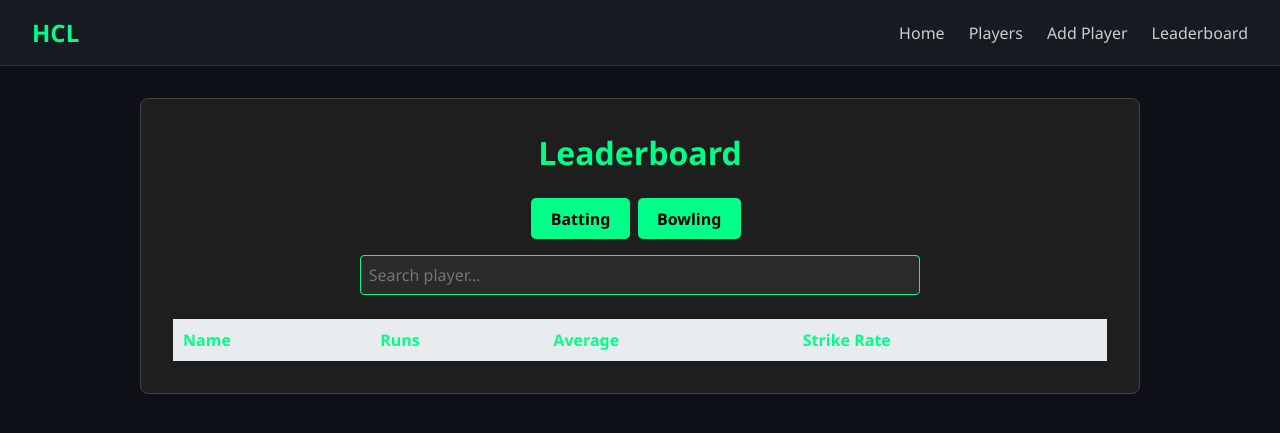
Repository: DanTastic-Dev/HCL
Page: /leaderboard (app in cricket-app/)
An editor plug-in stored every save of this project. The page is shown before and after the next save, followed by the edit.
The browser window is 1280 px wide. The pictures show the whole page.
The page's requests for data from a server got no answer. The project was rebuilt for these pictures with package versions that can differ from the ones it lists, and the page was loaded fresh each time. No one was signed in, and anything a server would have sent is missing. Also part of the build but not shown: cricket-app/src/components/TopPerformers.jsx, cricket-app/src/components/MiniLeaderboards.jsx, cricket-app/src/components/IntroAnimation.css, cricket-app/src/pages/HomePage.jsx, cricket-app/src/components/PlayerForm.jsx, cricket-app/src/components/PlayerTable.jsx, cricket-app/src/pages/AddPlayerPage.jsx, cricket-app/src/components/PlayerCard.jsx and 2 more.

Above is the page before, as saved 2025-06-18 16:23:49.

### cricket-app/public/index.html
<!DOCTYPE html>
<html lang="en">
  <head>
    <meta charset="UTF-8" />
    <meta name="viewport" content="width=device-width, initial-scale=1.0"/>
    <title>Cricket Stats App</title>
  </head>
  <body>
    <div id="root"></div>
  </body>
</html>

### cricket-app/src/index.js
import React from 'react';
import ReactDOM from 'react-dom/client';
import AppWithAnimation from './AppWithAnimation';
import './index.css';

const root = ReactDOM.createRoot(document.getElementById('root'));
root.render(
    <React.StrictMode>
        <AppWithAnimation />
    </React.StrictMode>
);

### cricket-app/src/AppWithAnimation.jsx
import React, { useState } from 'react';
import App from './App';
import IntroAnimation from './components/IntroAnimation';

const AppWithAnimation = () => {
    const [showIntro, setShowIntro] = useState(true);

    return showIntro ? <IntroAnimation onComplete={() => setShowIntro(false)} /> : <App />;
};

export default AppWithAnimation;

### cricket-app/src/index.css
/* index.css */

* {
  margin: 0;
  padding: 0;
  box-sizing: border-box;
  font-family: 'Segoe UI', Tahoma, Geneva, Verdana, sans-serif;
}

body {
  background-color: #f4f6f8;
  color: #333;
}

button {
  cursor: pointer;
  background-color: #007bff;
  border: none;
  color: white;
  padding: 8px 14px;
  border-radius: 4px;
  transition: background-color 0.2s ease;
}

button:hover {
  background-color: #0056b3;
}

input {
  padding: 8px;
  margin: 4px 0;
  border-radius: 4px;
  border: 1px solid #ccc;
  width: 100%;
}

table {
  width: 100%;
  border-collapse: collapse;
}

th, td {
  padding: 12px;
  border: 1px solid #ccc;
  text-align: left;
}

th {
  background-color: #e9ecef;
}

.container {
  max-width: 1200px;
  margin: 0 auto;
  padding: 20px;
}

/* index.css */
body, html {
  margin: 0;
  padding: 0;
  background-color: #0D1117; /* Deep black */
  color: #FFFFFF;
  font-family: 'Segoe UI', sans-serif;
  min-height: 100vh;
}
*:focus {
  outline: none !important;
  box-shadow: none !important;
}

th, td, table {
  border: none !important;
  outline: none !important;
}

### cricket-app/src/App.js
import React from "react";
import { BrowserRouter as Router, Routes, Route } from "react-router-dom";
import HomePage from "./pages/HomePage";
import AddPlayerPage from "./pages/AddPlayerPage";
import ViewPlayersPage from "./pages/ViewPlayersPage";
import LeaderboardPage from "./pages/LeaderboardPage";
import EditPlayerPage from "./pages/EditPlayerPage"; // ✅ Add this line
import Navbar from "./components/Navbar";

const App = () => {
    return (
        <Router>
            <div style={{
                backgroundColor: "#0D1117",
                color: "#FFFFFF",
                minHeight: "100vh"
            }}>
                <Navbar />
                <Routes>
                    <Route path="/" element={<HomePage />} />
                    <Route path="/add" element={<AddPlayerPage />} />
                    <Route path="/players" element={<ViewPlayersPage />} />
                    <Route path="/leaderboard" element={<LeaderboardPage />} />
                    <Route path="/edit/:id" element={<EditPlayerPage />} /> {/* ✅ Add this */}
                </Routes>
            </div>
        </Router>
    );
};

export default App;

### cricket-app/src/components/IntroAnimation.jsx
import React, { useEffect, useState, useMemo } from "react";
import "./IntroAnimation.css";

const IntroAnimation = ({ topBatter, topBowler, onComplete }) => {
  const [displayText, setDisplayText] = useState("");
  const [stepIndex, setStepIndex] = useState(0);
  const [charIndex, setCharIndex] = useState(0);
  const [isTyping, setIsTyping] = useState(true);

  // 🛡️ If required data is missing, skip the intro
  useEffect(() => {
    if (!topBatter || !topBowler) {
      console.warn("Missing topBatter or topBowler, skipping intro animation");
      onComplete?.();
    }
  }, [topBatter, topBowler, onComplete]);

  const batterAvg =
    topBatter?.innings - topBatter?.notOuts > 0
      ? (topBatter.runs / (topBatter.innings - topBatter.notOuts)).toFixed(2)
      : "-";

  const batterSR =
    topBatter?.ballsFaced > 0
      ? ((topBatter.runs / topBatter.ballsFaced) * 100).toFixed(2)
      : "-";

  const bowlerEco =
    topBowler?.overs > 0
      ? (topBowler.runsGiven / topBowler.overs).toFixed(2)
      : "-";

  const steps = useMemo(() => {
    if (!topBatter || !topBowler) return [];

    return [
      `🏏 ${topBatter.runs} runs... ${batterAvg} avg... ${batterSR} SR...`,
      `🔥 Top Run Getter`,
      `${topBatter.name}`,
      `🎯 ${topBowler.wickets} wickets... ${bowlerEco} economy...`,
      `🔥 Top Wicket Taker`,
      `${topBowler.name}`,
    ];
  }, [topBatter, topBowler, batterAvg, batterSR, bowlerEco]);

  const isNameStep = stepIndex === 2 || stepIndex === 5;
  const isTitleStep = stepIndex === 1 || stepIndex === 4;

  useEffect(() => {
    if (!steps.length || !isTyping) return;

    const currentText = steps[stepIndex];
    if (charIndex < currentText.length) {
      const timeout = setTimeout(() => {
        setDisplayText((prev) => prev + currentText[charIndex]);
        setCharIndex((prev) => prev + 1);
      }, 30);
      return () => clearTimeout(timeout);
    } else {
      setIsTyping(false);
      setTimeout(() => {
        setCharIndex(0);
        setDisplayText("");
        if (stepIndex < steps.length - 1) {
          setStepIndex((prev) => prev + 1);
          setIsTyping(true);
        } else {
          setTimeout(() => onComplete?.(), 800);
        }
      }, 1200);
    }
  }, [charIndex, isTyping, stepIndex, steps, onComplete]);

  return (
    <div
      style={{
        height: "100vh",
        backgroundColor: "#0D1117",
        color: "#00FF88",
        display: "flex",
        alignItems: "center",
        justifyContent: "center",
        fontSize: isNameStep ? "3rem" : "2.3rem",
        fontWeight: "bold",
        fontFamily: "monospace",
        letterSpacing: "1.5px",
        textAlign: "center",
        padding: "0 2rem",
        transition: "font-size 0.3s ease-in-out",
      }}
    >
      <span className={isNameStep ? "reveal-name" : isTitleStep ? "reveal-title" : ""}>
        {steps.length > 0 ? displayText : ""}
      </span>
    </div>
  );
};

export default IntroAnimation;

### cricket-app/src/pages/LeaderboardPage.jsx
import React, { useEffect, useState } from "react";

const LeaderboardPage = () => {
    const [players, setPlayers] = useState([]);
    const [searchQuery, setSearchQuery] = useState("");
    const [showBatting, setShowBatting] = useState(true);

    useEffect(() => {
        const fetchPlayers = async () => {
            try {
                const res = await fetch("http://localhost:5000/players");
                const data = await res.json();
                setPlayers(data);
            } catch (err) {
                console.error("Error fetching players:", err);
            }
        };
        fetchPlayers();
    }, []);

    const filteredPlayers = players
        .filter(p => p.name.toLowerCase().includes(searchQuery.toLowerCase()))
        .sort((a, b) => {
            if (showBatting) return b.runs - a.runs;
            else return b.wickets - a.wickets;
        });

    return (
        <div style={styles.wrapper}>
            <h2 style={styles.heading}>Leaderboard</h2>

            <div style={styles.toggleWrapper}>
                <button
                    onClick={() => setShowBatting(true)}
                    style={styles.toggleButton}
                >
                    Batting
                </button>
                <button
                    onClick={() => setShowBatting(false)}
                    style={styles.toggleButton}
                >
                    Bowling
                </button>
            </div>

            <input
                type="text"
                placeholder="Search player..."
                value={searchQuery}
                onChange={(e) => setSearchQuery(e.target.value)}
                style={styles.searchInput}
            />

            <table style={styles.table}>
                <thead>
                    <tr>
                        <th style={styles.th}>Name</th>
                        {showBatting ? (
                            <>
                                <th style={styles.th}>Runs</th>
                                <th style={styles.th}>Average</th>
                                <th style={styles.th}>Strike Rate</th>
                            </>
                        ) : (
                            <>
                                <th style={styles.th}>Wickets</th>
                                <th style={styles.th}>Economy</th>
                                <th style={styles.th}>Bowling Average</th>
                            </>
                        )}
                    </tr>
                </thead>
                <tbody>
                    {filteredPlayers.map((p) => (
                        <tr key={p._id}>
                            <td style={styles.td}>{p.name}</td>
                            {showBatting ? (
                                <>
                                    <td style={styles.td}>{p.runs}</td>
                                    <td style={styles.td}>
                                        {p.innings > p.notOuts
                                            ? (p.runs / (p.innings - p.notOuts)).toFixed(2)
                                            : "-"}
                                    </td>
                                    <td style={styles.td}>
                                        {p.ballsFaced > 0
                                            ? ((p.runs / p.ballsFaced) * 100).toFixed(2)
                                            : "-"}
                                    </td>
                                </>
                            ) : (
                                <>
                                    <td style={styles.td}>{p.wickets}</td>
                                    <td style={styles.td}>
                                        {p.overs > 0
                                            ? (p.runsGiven / p.overs).toFixed(2)
                                            : "-"}
                                    </td>
                                    <td style={styles.td}>
                                        {p.wickets > 0
                                            ? (p.runsGiven / p.wickets).toFixed(2)
                                            : "-"}
                                    </td>
                                </>
                            )}
                        </tr>
                    ))}
                </tbody>
            </table>
        </div>
    );
};

const styles = {
    wrapper: {
        maxWidth: '1000px',
        margin: '2rem auto',
        padding: '2rem',
        backgroundColor: '#1e1e1e',
        border: '1px solid #444',
        borderRadius: '8px',
        color: 'white',
        fontFamily: 'Arial, sans-serif'
    },
    heading: {
        textAlign: 'center',
        marginBottom: '1.5rem',
        fontSize: '2rem',
        color: '#00FF88'
    },
    toggleWrapper: {
        textAlign: 'center',
        marginBottom: '1rem'
    },
    toggleButton: {
        padding: '0.6rem 1.2rem',
        fontSize: '1rem',
        border: 'none',
        borderRadius: '5px',
        cursor: 'pointer',
        marginRight: '0.5rem',
        backgroundColor: '#00FF88',
        color: 'black',
        fontWeight: 'bold'
    },
    searchInput: {
        display: 'block',
        margin: '0 auto 1.5rem auto',
        padding: '0.5rem',
        fontSize: '1rem',
        width: '60%',
        border: '1px solid #00FF88',
        borderRadius: '4px',
        backgroundColor: '#2a2a2a',
        color: '#00FF88'
    },
    table: {
        width: '100%',
        borderCollapse: 'collapse',
        backgroundColor: '#2a2a2a',
    },
    th: {
        borderBottom: '2px solid #00FF88',
        padding: '10px',
        textAlign: 'left',
        fontWeight: 'bold',
        color: '#00FF88'
    },
    td: {
        borderBottom: '1px solid #444',
        padding: '10px',
        color: 'white'
    }
};

export default LeaderboardPage;

### cricket-app/src/components/Navbar.jsx
// src/components/Navbar.js
import React from "react";
import { Link } from "react-router-dom";

const Navbar = () => {
    return (
        <nav style={{
            backgroundColor: "#161B22",
            padding: "1rem 2rem",
            display: "flex",
            alignItems: "center",
            justifyContent: "space-between",
            borderBottom: "1px solid #2D333B",
            position: "sticky",
            top: 0,
            zIndex: 1000
        }}>
            <div style={{ fontSize: "1.5rem", fontWeight: "bold", color: "#00FF88" }}>
                HCL
            </div>
            <div style={{ display: "flex", gap: "1.5rem" }}>
                <Link to="/" style={navLinkStyle}>Home</Link>
                <Link to="/players" style={navLinkStyle}>Players</Link>
                <Link to="/add" style={navLinkStyle}>Add Player</Link>
                <Link to="/leaderboard" style={navLinkStyle}>Leaderboard</Link>
            </div>
        </nav>
    );
};

const navLinkStyle = {
    color: "#ccc",
    textDecoration: "none",
    fontSize: "1rem",
    transition: "color 0.3s",
};

export default Navbar;

After the next save:
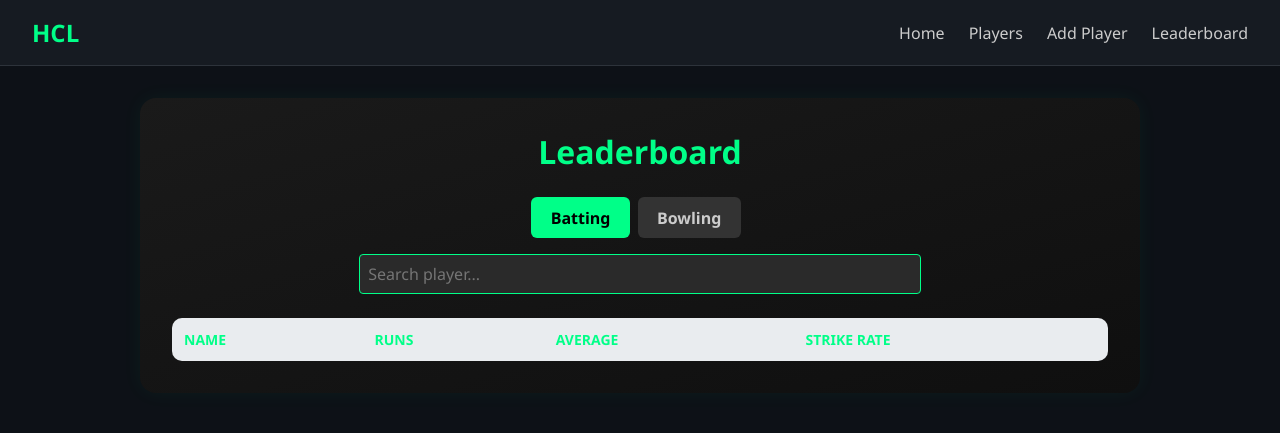
Saved 93 s later.
--- a/cricket-app/src/pages/LeaderboardPage.jsx
+++ b/cricket-app/src/pages/LeaderboardPage.jsx
@@ -32,13 +32,21 @@ const LeaderboardPage = () => {
             <div style={styles.toggleWrapper}>
                 <button
                     onClick={() => setShowBatting(true)}
-                    style={styles.toggleButton}
+                    style={{
+                        ...styles.toggleButton,
+                        backgroundColor: showBatting ? "#00FF88" : "#333",
+                        color: showBatting ? "#000" : "#ccc"
+                    }}
                 >
                     Batting
                 </button>
                 <button
                     onClick={() => setShowBatting(false)}
-                    style={styles.toggleButton}
+                    style={{
+                        ...styles.toggleButton,
+                        backgroundColor: !showBatting ? "#00FF88" : "#333",
+                        color: !showBatting ? "#000" : "#ccc"
+                    }}
                 >
                     Bowling
                 </button>
@@ -72,8 +80,16 @@ const LeaderboardPage = () => {
                     </tr>
                 </thead>
                 <tbody>
-                    {filteredPlayers.map((p) => (
-                        <tr key={p._id}>
+                    {filteredPlayers.map((p, index) => (
+                        <tr
+                            key={p._id}
+                            style={{
+                                ...styles.tr,
+                                backgroundColor: index % 2 === 0 ? "#1a1a1a" : "#121212"
+                            }}
+                            onMouseEnter={e => e.currentTarget.style.backgroundColor = "#1e1e1e"}
+                            onMouseLeave={e => e.currentTarget.style.backgroundColor = index % 2 === 0 ? "#1a1a1a" : "#121212"}
+                        >
                             <td style={styles.td}>{p.name}</td>
                             {showBatting ? (
                                 <>
@@ -117,11 +133,11 @@ const styles = {
         maxWidth: '1000px',
         margin: '2rem auto',
         padding: '2rem',
-        backgroundColor: '#1e1e1e',
-        border: '1px solid #444',
-        borderRadius: '8px',
+        background: "linear-gradient(to bottom right, #1a1a1a, #0f0f0f)",
+        borderRadius: '16px',
         color: 'white',
-        fontFamily: 'Arial, sans-serif'
+        fontFamily: 'Arial, sans-serif',
+        boxShadow: '0 0 20px rgba(0,255,136,0.05)',
     },
     heading: {
         textAlign: 'center',
@@ -137,12 +153,12 @@ const styles = {
         padding: '0.6rem 1.2rem',
         fontSize: '1rem',
         border: 'none',
-        borderRadius: '5px',
+        borderRadius: '6px',
         cursor: 'pointer',
         marginRight: '0.5rem',
-        backgroundColor: '#00FF88',
-        color: 'black',
-        fontWeight: 'bold'
+        fontWeight: 'bold',
+        transition: 'background 0.3s ease',
+        outline: 'none'
     },
     searchInput: {
         display: 'block',
@@ -153,24 +169,35 @@ const styles = {
         border: '1px solid #00FF88',
         borderRadius: '4px',
         backgroundColor: '#2a2a2a',
-        color: '#00FF88'
+        color: '#00FF88',
+        outline: 'none'
     },
     table: {
         width: '100%',
         borderCollapse: 'collapse',
         backgroundColor: '#2a2a2a',
+        borderRadius: '10px',
+        overflow: 'hidden',
+        outline: 'none',
+        border: 'none'
     },
     th: {
         borderBottom: '2px solid #00FF88',
-        padding: '10px',
+        padding: '12px',
         textAlign: 'left',
         fontWeight: 'bold',
-        color: '#00FF88'
+        color: '#00FF88',
+        fontSize: '14px',
+        textTransform: 'uppercase'
     },
     td: {
         borderBottom: '1px solid #444',
-        padding: '10px',
-        color: 'white'
+        padding: '12px',
+        color: 'white',
+        fontSize: '14px'
+    },
+    tr: {
+        transition: 'background-color 0.2s ease'
     }
 };
 
